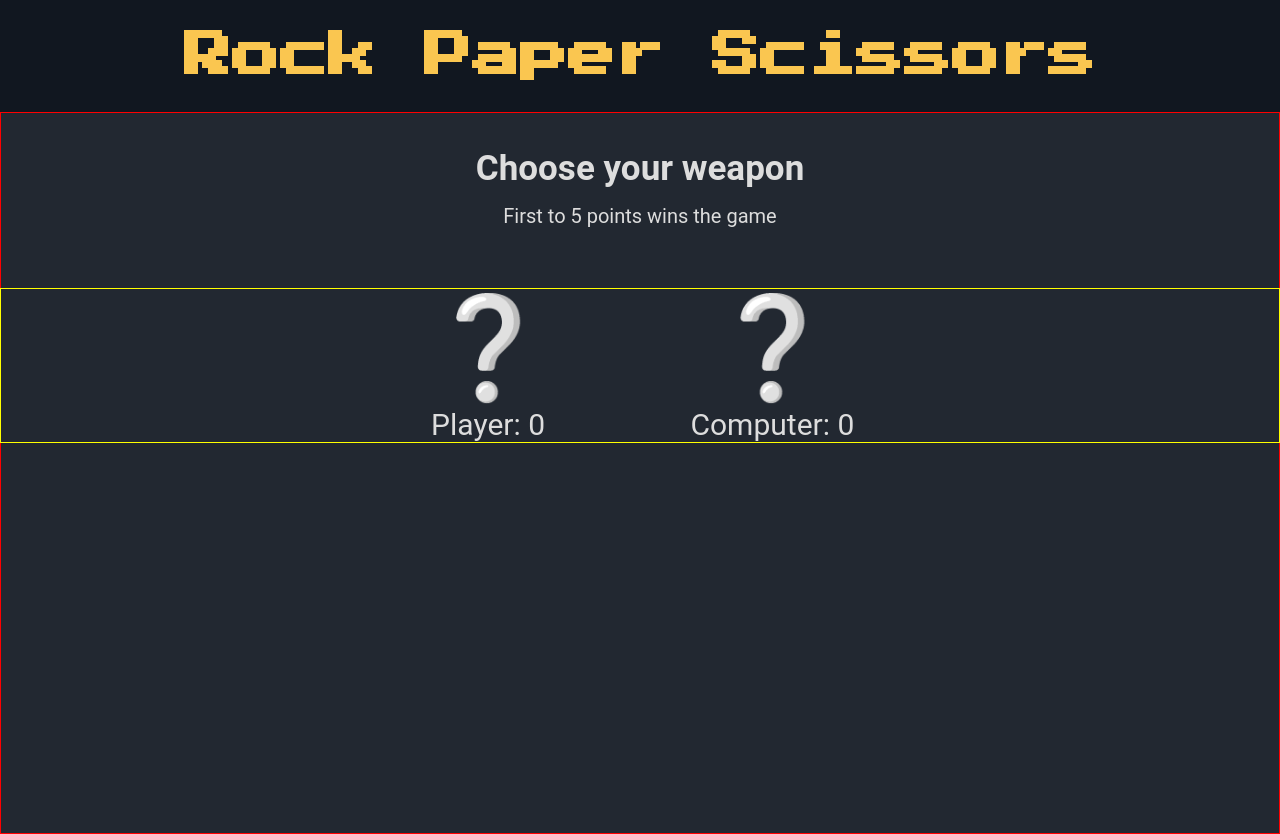
Repository: Aaryan-Poria/Rock-Paper-Scissors
Page: index.html
An editor plug-in stored every save of this project. The page is shown before and after the next save, followed by the edit.
The browser window is 1280 px wide. The pictures show the whole page.

Above is the page before, as saved 2023-08-22 23:06:50.

### index.html
<!DOCTYPE html>
<html lang="en">
  <head>
    <meta charset="UTF-8" />
    <meta name="viewport" content="width=device-width, initial-scale=1.0" />
    <title>Rock Paper Scissors</title>
    <link rel="preconnect" href="https://fonts.googleapis.com" />
    <link rel="preconnect" href="https://fonts.gstatic.com" crossorigin />
    <link
      href="https://fonts.googleapis.com/css2?family=Press+Start+2P&display=swap"
      rel="stylesheet"
    />
    <link rel="stylesheet" href="style.css" />
  </head>

  <body>
    <section class="head">
      <h2>Rock Paper Scissors</h2>
    </section>
    <section class="main">
      <div class="main-text">
        <h3>Choose your weapon</h3>
        <p>First to 5 points wins the game</p>
      </div>
      <div class="text-content">
        <div class="info player">
          <p class="qmark 1">❔</p>
          <p class="score 1">Player: 0</p>
        </div>
        <div class="info comp">
          <p class="qmark 2">❔</p>
          <p class="score 2">Computer: 0</p>
        </div>
      </div>
    </section>
  </body>
</html>

### style.css
body {
  margin: 0;
  padding: 0;
  display: flex;
  flex-direction: column;
  min-height: 100%;
  min-width: 100%;
}
.head {
  display: flex;
  justify-content: center;
  align-items: center;
  color: #fac650;
  background-color: #111720;
  font-family: "Press Start 2P", cursive;
  height: 7rem;
  font-size: 2rem;
}
.main {
  display: flex;
  flex-grow: 1;
  height: 100vh;
  flex-direction: column;
  background-color: #222831;
  color: #dddddd;
  font-family: "Roboto", sans-serif;
  align-items: center;
  border: 1px solid red;
}

.main-text {
  /* border: 1px solid green; */
  display: flex;
  flex-direction: column;
  justify-content: center;
  align-items: center;
}
.main-text > h3 {
  font-size: 35px;
}
.main-text > p {
  font-size: 20px;
  margin-top: -20px;
}
.text-content {
  display: flex;
  width: 100%;
  border: 1px solid yellow;
  display: flex;
  font-size: 30px;
  justify-content: center;
  align-items: center;
  gap: 140px;
  margin-top: 40px;
}
.info {
  display: flex;
  flex-direction: column;
  justify-content: center;
  align-items: center;
}
.qmark {
  margin: 0;
  padding: 0;
  font-size: 100px;
}
.score {
  margin: 0;
}

After the next save:
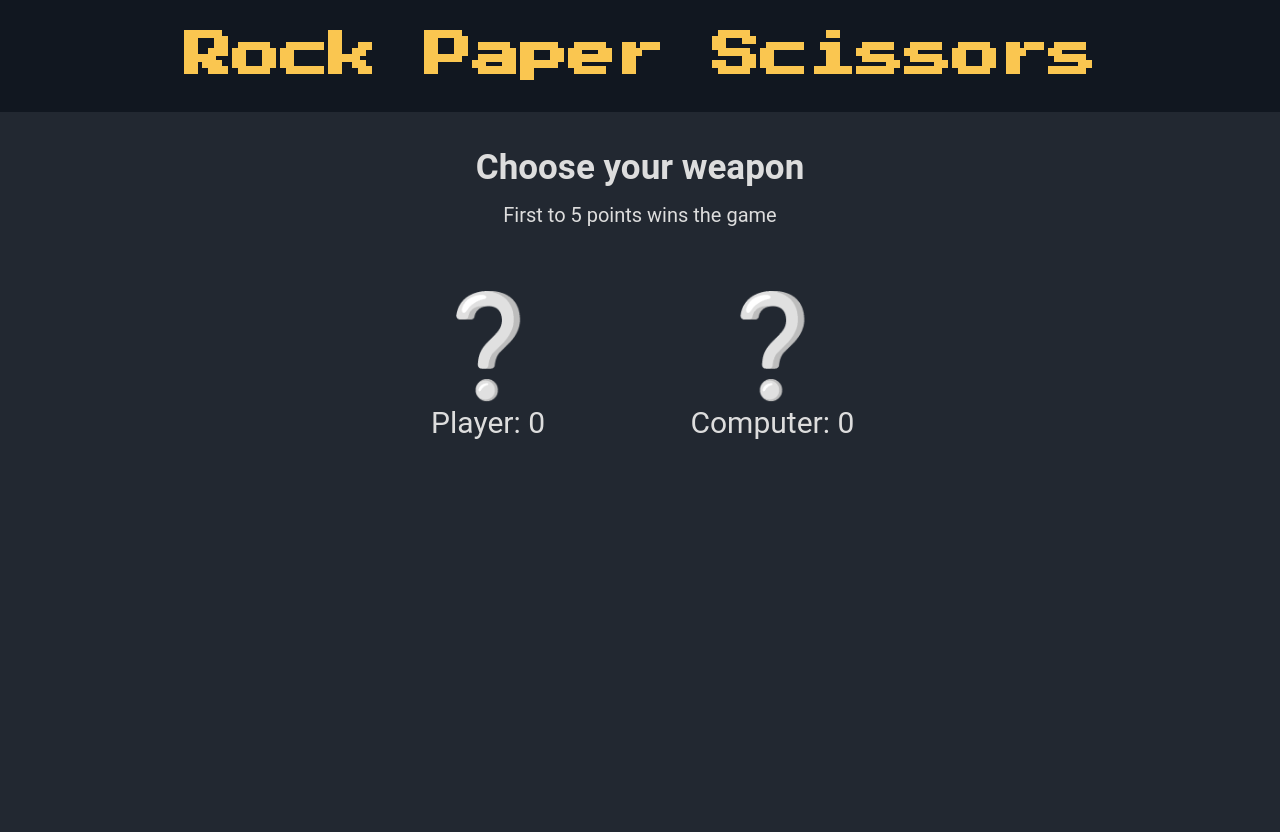
Saved 24 s later.
--- a/style.css
+++ b/style.css
@@ -25,7 +25,7 @@ body {
   color: #dddddd;
   font-family: "Roboto", sans-serif;
   align-items: center;
-  border: 1px solid red;
+  /* border: 1px solid red; */
 }
 
 .main-text {
@@ -45,7 +45,7 @@ body {
 .text-content {
   display: flex;
   width: 100%;
-  border: 1px solid yellow;
+  /* border: 1px solid yellow; */
   display: flex;
   font-size: 30px;
   justify-content: center;
